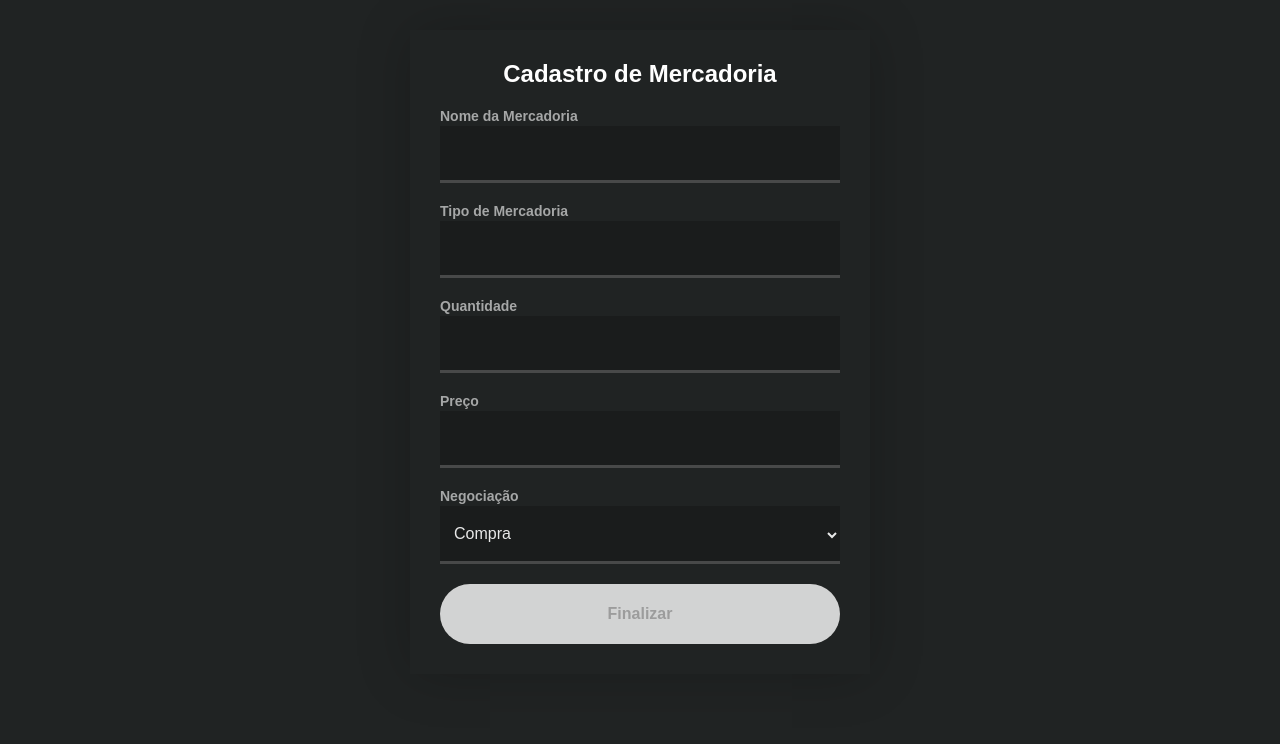
Repository: felipedischer/valemobi
Page: http://localhost/Valemobi/
These files come from the project's save history. The page is drawn as it stood at one moment and after the next save; the edit follows.
The browser window is 1280 px wide. The pictures show the whole page.
The page is served by Tomcat 9. Other server files are loaded and not shown.

Above is the page before, as saved 2016-09-28 04:00:58.

### Valemobi/WebContent/index.jsp
<%@ page language="java" contentType="text/html; charset=ISO-8859-1"
    pageEncoding="ISO-8859-1"%>
<!DOCTYPE html PUBLIC "-//W3C//DTD HTML 4.01 Transitional//EN" "http://www.w3.org/TR/html4/loose.dtd">
<html>
<head>
<meta http-equiv="Content-Type" content="text/html; charset=ISO-8859-1">

<link rel="stylesheet" type="text/css" href="estilo/css/estilo.css">

<title>Plataforma de Negociação</title>

</head>
<body>

<main id="conteudo">
		<div class="container">
			<form action="contatoservlet" method="post">
				<h2>Cadastro de Mercadoria</h2>


				<div class="grupo">
					<label for="campo1">Nome da Mercadoria</label>
					<input type="text" id="campo1" name="nome">
				</div>

				<div class="grupo">
					<label for="campo2">Tipo de Mercadoria</label>
					<input type="text" id="campo2" name="tipo">
				</div>

				<div class="grupo">
					<label for="campo3">Quantidade</label>
					<input type="number" id="campo3" name="quantidade">
				</div>

				<div class="grupo">
					<label for="campo4">Preço</label>
					<input type="text" id="campo4" name="preco">
				</div>

				<div class="grupo">
					<label for="campo5">Negociação</label>
					<select id="campo5" name="negociacao">
						<option value="COMPRA">Compra</option>
						<option value="VENDA">Venda</option>
					</select>
				</div>
				<button class="btn btn-cadastrar" type="submit">Finalizar</button>
			</form>
		</div>
	</main>






</body>
</html>

### Valemobi/WebContent/estilo/css/estilo.css

*{
	margin: 0px;
	padding: 0px;
	outline: none;
	font-family: "Arial";
	color: #bbbbbb;
	text-decoration: none;
}
.container{
	box-sizing: border-box;
	display: block;
	margin: auto;
	padding: 0px 15px;
	width: 1170px;
	max-width: 100%;
}

body{
	padding-bottom: 40px;
	background: #202323;
	width: 100%;
	height: 100%;
	position: relative;
}



/*CONTEUDO*/
#conteudo{
	padding: 30px 0px;
}
form label{
	color: white;
}
form {
	padding: 30px;
	max-width: 400px;
	margin: auto;
	box-shadow: 0px 0px 52px 0px rgba(0,0,0,0.2);
	animation: fadeIn 1.5s cubic-bezier(0.19,1,0.22,1);
}

form h2{
	text-align: center;
	margin-bottom: 20px;
	color: white;
}
form .grupo{
	margin-bottom: 20px;
}
form .grupo > *{
	display: block;
}
form .grupo label{
	font-weight: bold;
	font-size: 14px;
	margin-bottom: 2px;
	color: rgba(255,255,255,0.6);
}
form .grupo input, form .grupo select{
	border: none;
	box-sizing: border-box;
	width: 100%;
	padding: 10px;
	font-size: 16px;
	background: rgba(0,0,0,0.2);
	color: rgba(255,255,255,0.9);
    padding: 18px 10px;
    border-bottom: solid 3px rgba(255,255,255,0.2);
    transition: all 0.4s cubic-bezier(0.19,1,0.22,1);
}
/*
form .grupo input + label,
form .grupo input ~ label{
	color: white;
}
*/
form .grupo input:focus{
	border-color: white;
}
form .grupo.erro input{
	border-bottom-color: red;
}
form .grupo.valido input{
	border-bottom-color: #88bd64;
}


.btn{
	cursor: pointer;
	font-weight: bold;
	display: block;
	height: 50px;
	padding: 10px 20px;
	border-radius: 25px;
	border: none;
	font-weight: bold;
	font-size: 16px;
	background: white;
	opacity: 0.8;
	transition: all 1s cubic-bezier(0.19,1,0.22,1);
}
.btn:hover{
	opacity: 1;

}
form > .btn{
	width: 100%;
	height: 60px;
	border-radius: 30px;
}
/*RODAPE*/
#rodape{
	position: fixed;
	width: 100%;
	height: 40px;
	bottom: 0px;
	background: #1c2121;
}
#rodape p{
	text-align: center;
	line-height: 40px;
	color: white;
}

.ui-datepicker{
	background: white;
}

After the next save:
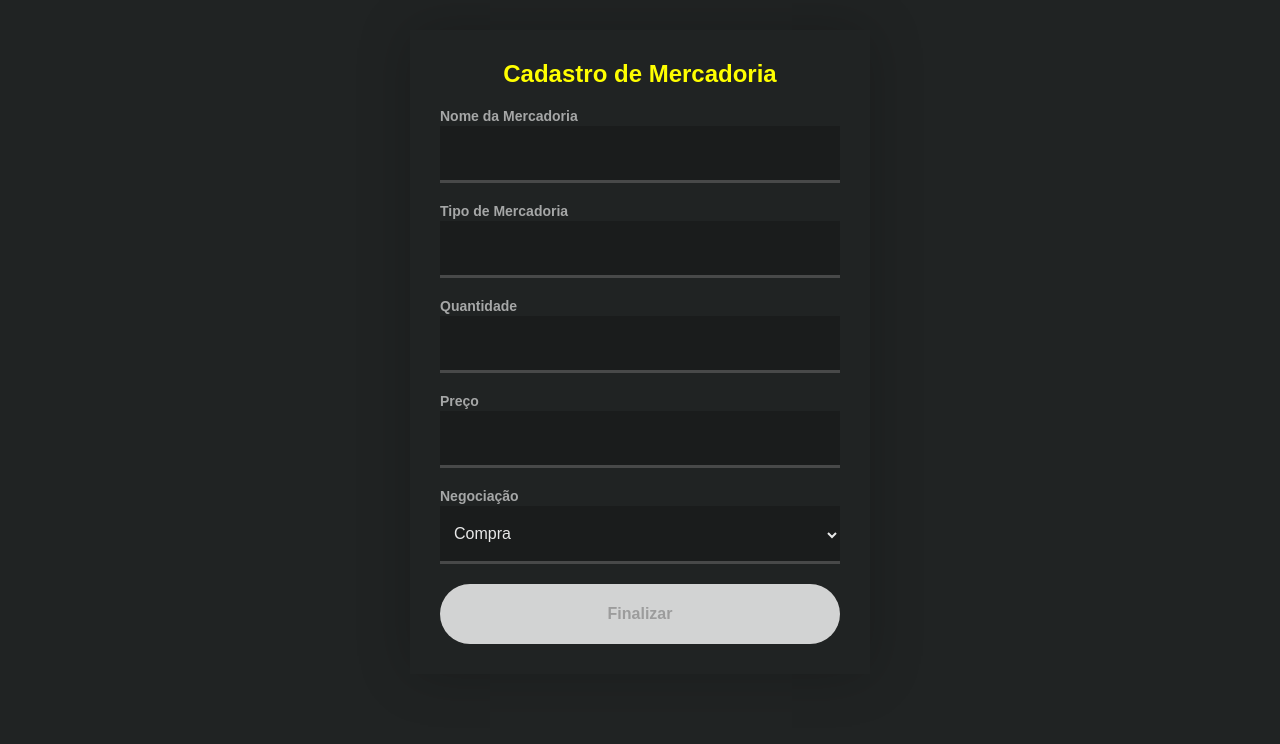
Saved 84 s later.
--- a/Valemobi/WebContent/estilo/css/estilo.css
+++ b/Valemobi/WebContent/estilo/css/estilo.css
@@ -44,7 +44,7 @@ form {
 form h2{
 	text-align: center;
 	margin-bottom: 20px;
-	color: white;
+	color: yellow;
 }
 form .grupo{
 	margin-bottom: 20px;
